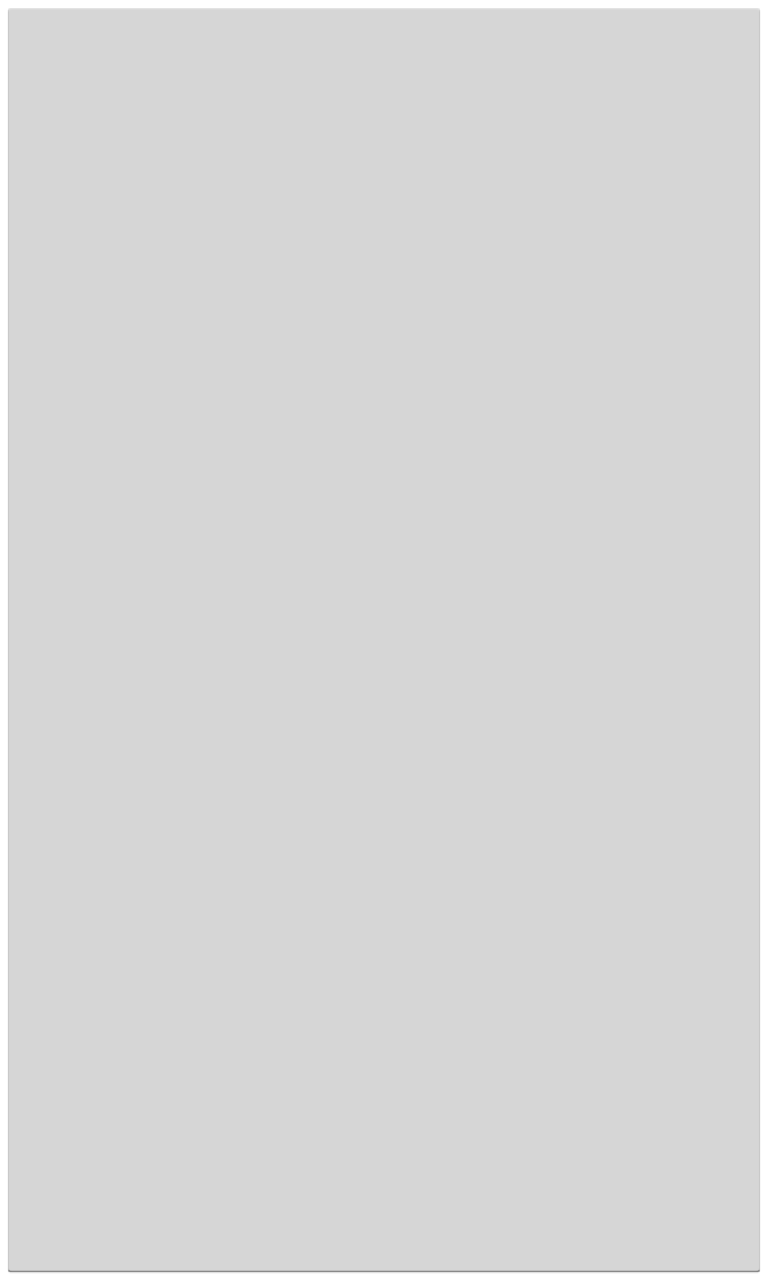
Repository: mittelstand/Rastro
Layout: App/Rastro/test2/res/layout/activity_main.xml
An editor plug-in stored every save of this project. The layout is shown before and after the next save, followed by the edit.
It is drawn on a 768 x 1280 px phone screen (xhdpi) without system bars, with theme AppAction; the app's code is not run.

Above is the layout before, as saved 2015-01-20 02:33:53.

After the next save:
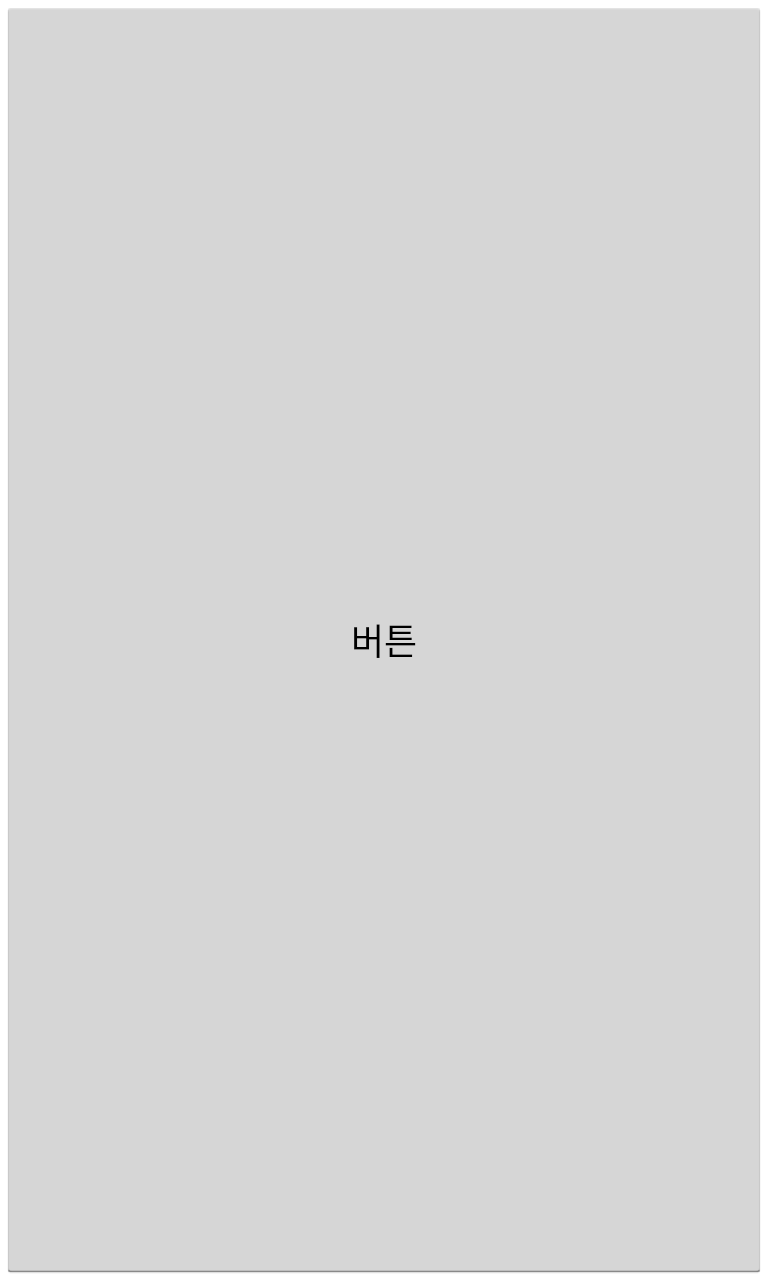
Saved 13 s later.
--- a/App/Rastro/test2/res/layout/activity_main.xml
+++ b/App/Rastro/test2/res/layout/activity_main.xml
@@ -5,6 +5,6 @@
 	    android:id="@+id/aa"
 	    android:layout_width="match_parent"
 	    android:layout_height="match_parent"
-
+	 	android:text="버튼"
 	    ></Button>"
 </RelativeLayout>
